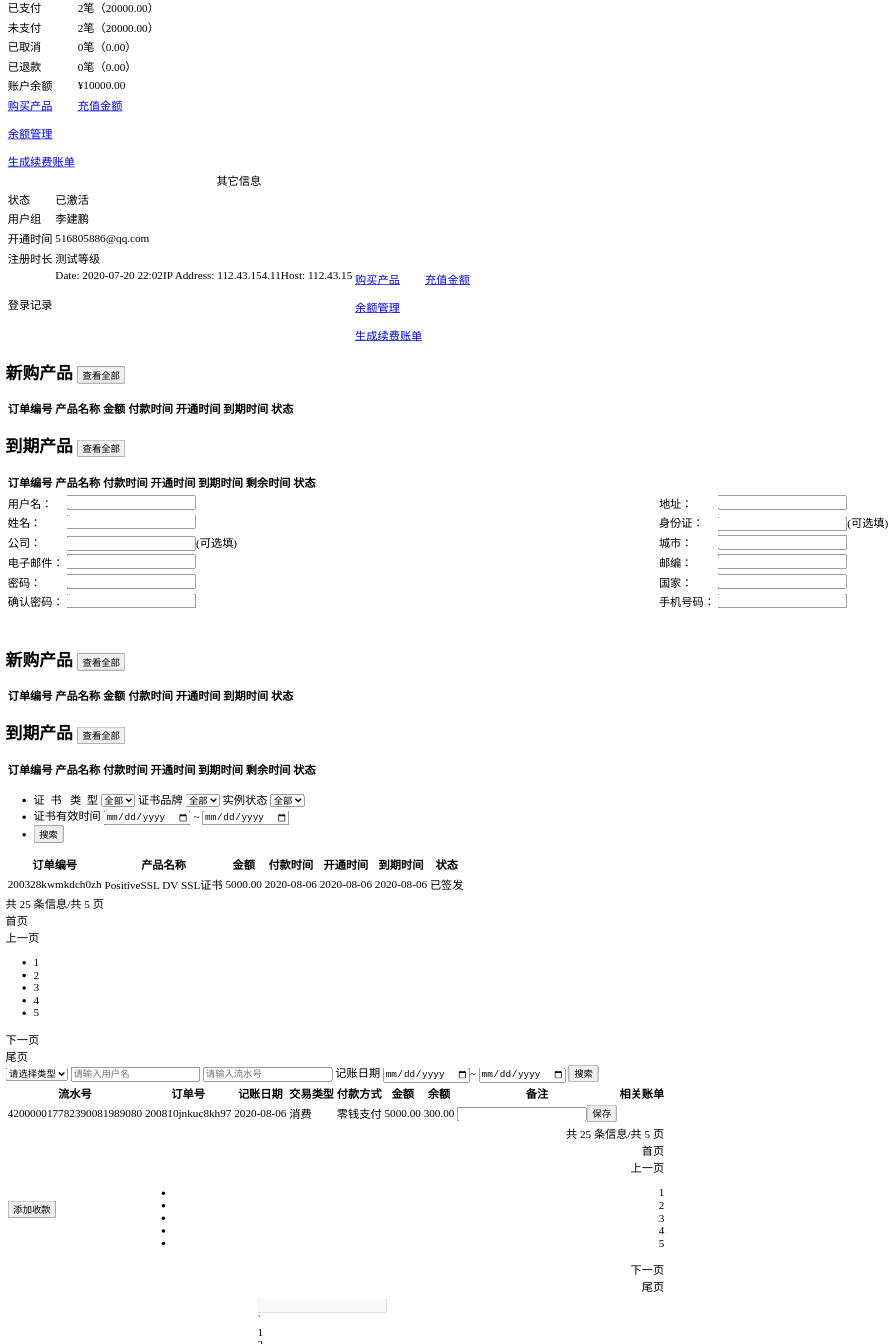
Repository: wangyan466393/racentSystem
Page: customerData.html
An editor plug-in stored every save of this project. The page is shown before and after the next save, followed by the edit.
The browser window is 1280 px wide. The pictures show the part of the page from y = 530 to 2450 px (the page is 3493 px tall before and 3519 px after), at 70% of full size.

Above is the page before, as saved 2020-08-13 18:00:57.

After the next save:
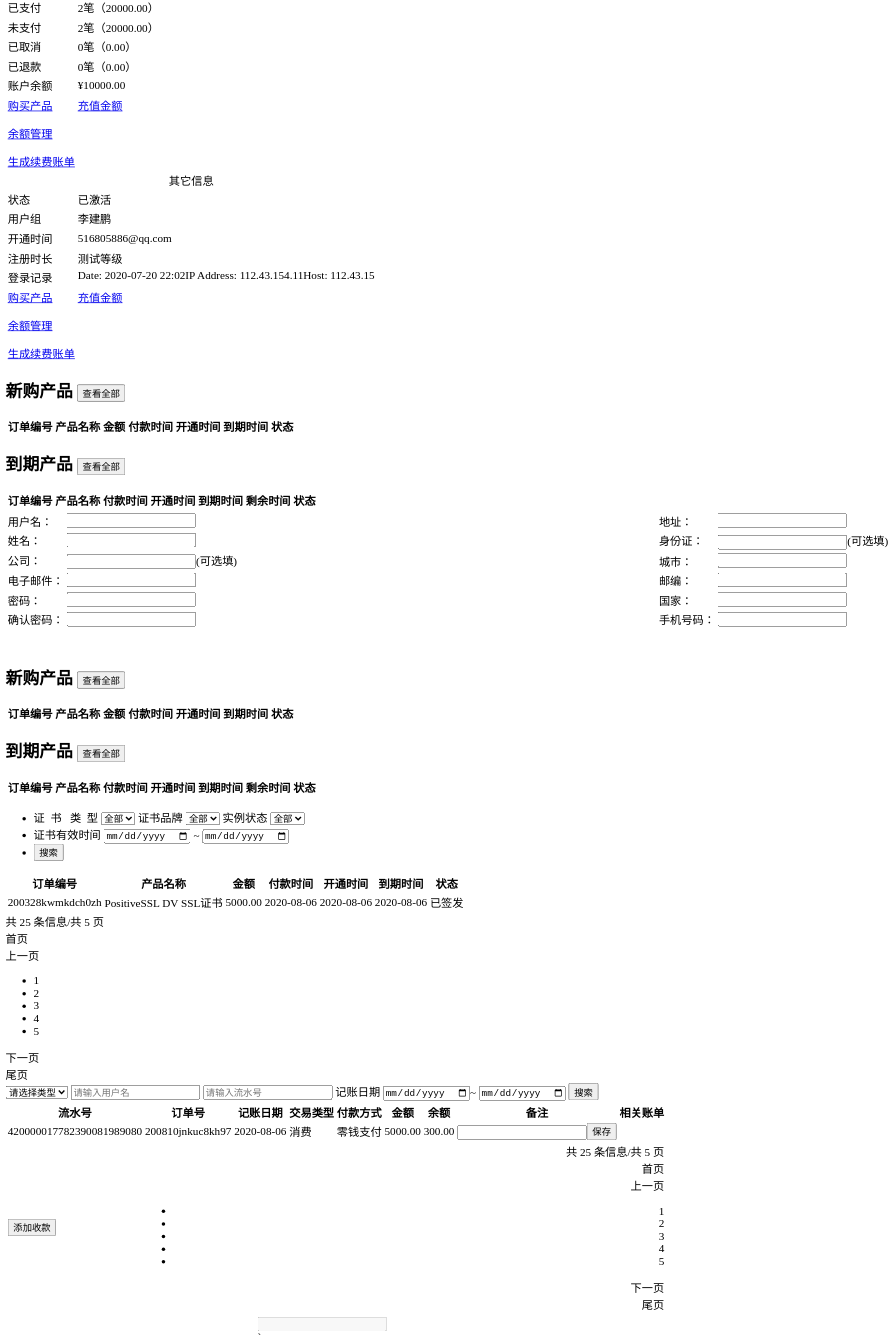
Saved 87 s later.
--- a/customerData.html
+++ b/customerData.html
@@ -132,6 +132,7 @@
                                     <span> Date: 2020-07-20 22:02IP Address: 112.43.154.11Host: 112.43.15</span>
                                 </td>
                             </tr>
+                            <tr></tr>
                             <tr>
                                 <td rowspan="3" valign="top">
                                     <p class="shopp">
